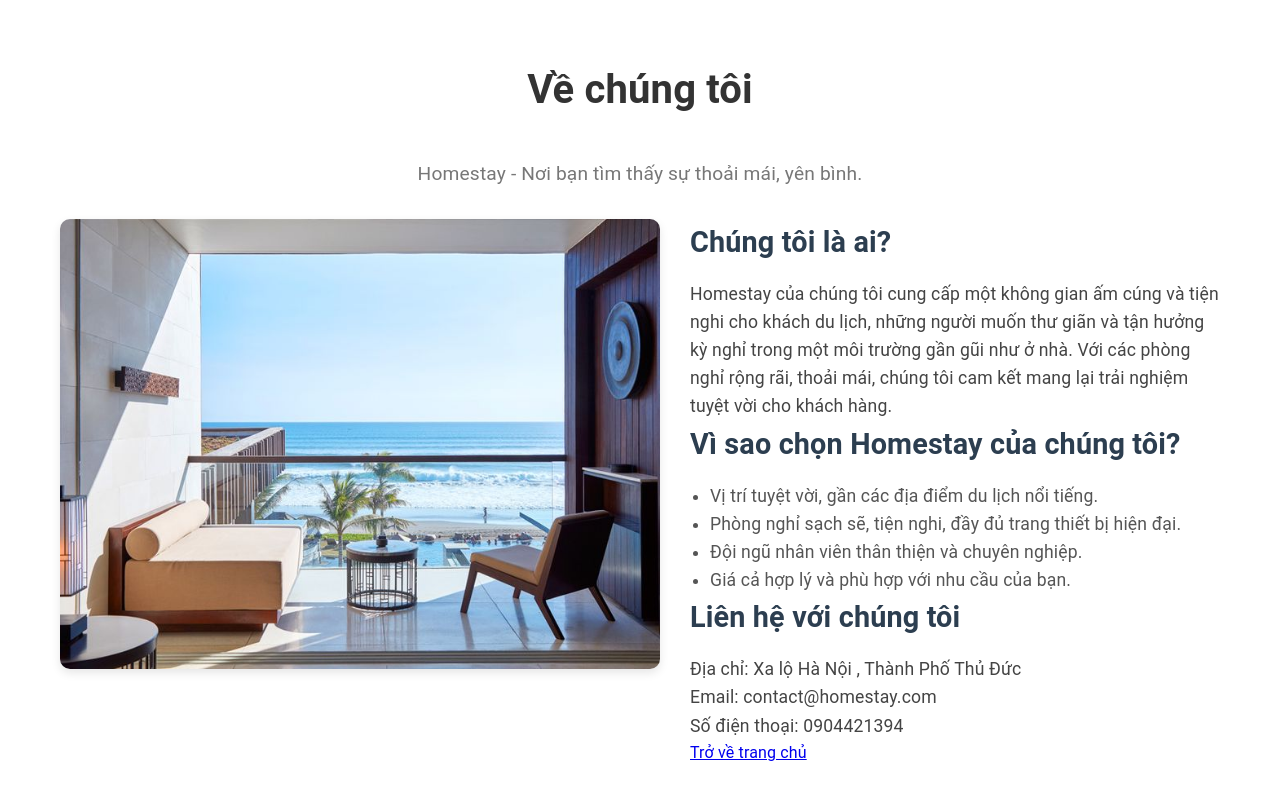
Repository: minhquang203/Homestay
Page: /about-us (app in client/)
An editor plug-in stored every save of this project. The page is shown before and after the next save, followed by the edit.
The browser window is 1280 px wide. The pictures show the whole page.
The project was rebuilt for these pictures with package versions that can differ from the ones it lists, and the page was loaded fresh each time. Also part of the build but not shown: client/src/styles/Footer.scss, client/src/components/Footer.jsx, client/src/styles/ListingCard.scss, client/src/components/ListingCard.jsx, client/src/styles/Loader.scss, client/src/components/Loader.jsx, client/src/styles/Navbar.scss, client/src/styles/variable.scss and 24 more.

Above is the page before, as saved 2024-12-09 18:59:00.

After the next save:
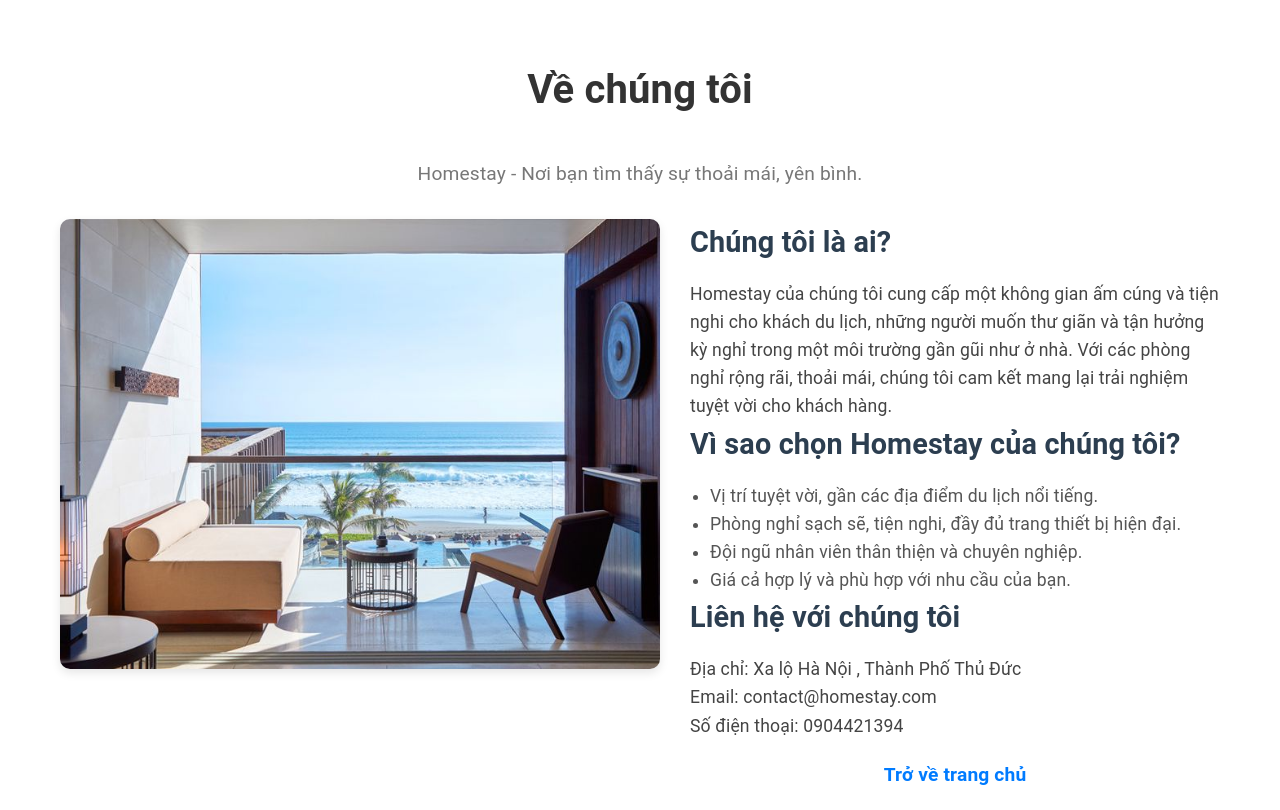
Saved 20 s later.
--- a/client/src/styles/AboutUs.scss
+++ b/client/src/styles/AboutUs.scss
@@ -59,3 +59,20 @@
     font-size: 1.1rem;
     color: #444;
   }
+  /* AboutUs.scss */
+
+.back-to-home {
+    margin-top: 20px;
+    text-align: center;
+  }
+
+  .back-to-home a {
+    color: #007bff;
+    text-decoration: none;
+    font-size: 1.2rem;
+    font-weight: bold;
+  }
+
+  .back-to-home a:hover {
+    text-decoration: underline;
+  }
